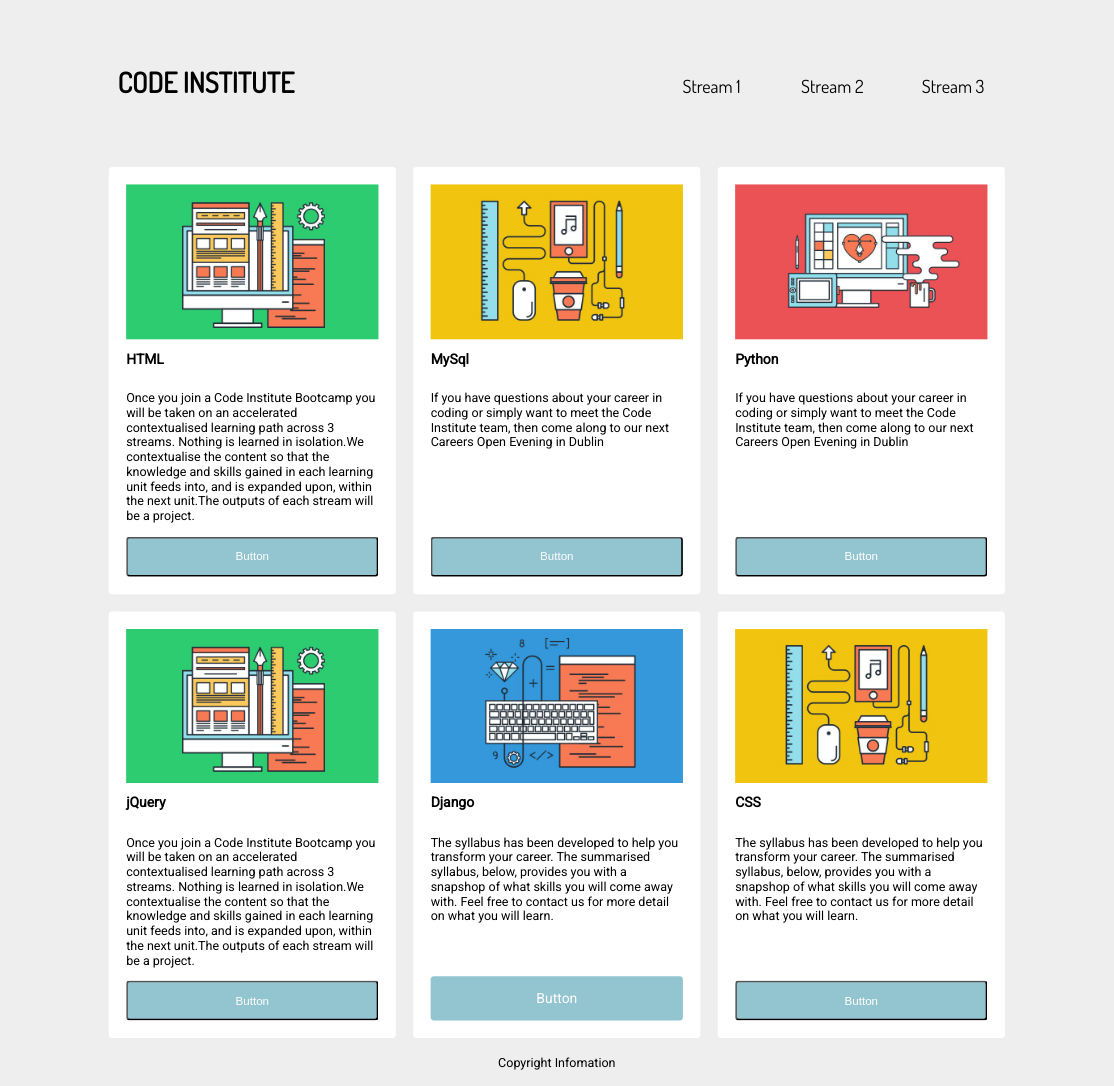
Repository: Deoh/jQuery-events
Page: Cards-jquery.html
The author's editor kept a record of every edit. The page is drawn from the files as they stood at one moment, then again after the next edit.
The browser window is 1280 px wide. The pictures show the whole page, at 87% of full size.
Some web libraries are served in a nearby version.

Above is the page before.

### Cards-jquery.html
<!DOCTYPE html>
<html lang="en">
<head>
	<meta charset="UTF-8">
	<meta name="viewport" content="width=device-width, initial-scale=1">
	<title>jQuery</title>
	<link href="style.css" rel="stylesheet">
	<link href='https://fonts.googleapis.com/css?family=Roboto' rel='stylesheet' type='text/css'>
	<link href='https://fonts.googleapis.com/css?family=Dosis' rel='stylesheet' type='text/css'>
</head>
<body>
	<div id="container">
		<nav>
			<ul>
				<li id="logoNav">CODE INSTITUTE</li>
				<li id="stream1_btn">Stream 1</li>
				<li id="stream2_btn">Stream 2</li>
				<li id="stream3_btn">Stream 3</li>
			</ul>
		</nav>
		<div class="card stream1">
			<img class="card_image" src="img/3.png" alt="coding icon">
			<div class="card_bottom">
				<h2 class="card_head" id="html">HTML</h2>
				<p class="card_para">Once you join a Code Institute Bootcamp you will be taken on an accelerated contextualised learning path across 3 streams. Nothing is learned in isolation.We contextualise the content so that the knowledge and skills gained in each learning unit feeds into, and is expanded upon, within the next unit.The outputs of each stream will be a project. </p>
				<button class="bottom_button" id="hide_button">Button</button>
			</div>
		</div>
		<div class="card stream3">
			<img class="card_image" src="img/1.png" alt="coding icon">
			<h2 class="card_head" id="mysql">MySql</h2>
			<p class="card_para">If you have questions about your career in coding or simply want to meet the Code Institute team, then come along to our next Careers Open Evening in Dublin</p>
			<button class="bottom_button" >Button</button>
		</div>

		<div class="card stream2">
			<img class="card_image" src="img/2.png" alt="coding icon">
			<h2 class="card_head" id="python">Python</h2>
			<p class="card_para">If you have questions about your career in coding or simply want to meet the Code Institute team, then come along to our next Careers Open Evening in Dublin</p>
			<button class="bottom_button" id="hide_button">Button</button>
		</div>
		<div class="card stream1">
			<img class="card_image" src="img/3.png" alt="coding icon">
			<div class="card_bottom">
				<h2 class="card_head" id="jquery">jQuery</h2>
				<p class="card_para">Once you join a Code Institute Bootcamp you will be taken on an accelerated contextualised learning path across 3 streams. Nothing is learned in isolation.We contextualise the content so that the knowledge and skills gained in each learning unit feeds into, and is expanded upon, within the next unit.The outputs of each stream will be a project. </p>
				<button class="bottom_button" id="hide_button">Button</button>
			</div>
		</div>
		<div class="card stream3">
			<img class="card_image" src="img/4.png" alt="coding icon">
			<h2 class="card_head" id="django">Django</h2>
			<p class="card_para">The syllabus has been developed to help you transform your career. The summarised syllabus, below, provides you with a snapshop of what skills you will come away with. Feel free to contact us for more detail on what you will learn.</p>
			<a href="" class="bottom_button" id="hide_button">Button</a>
		</div>
		<div class="card stream1">
			<img class="card_image" src="img/1.png" alt="coding icon">
			<h2 class="card_head" id="css">CSS</h2>
			<p class="card_para">The syllabus has been developed to help you transform your career. The summarised syllabus, below, provides you with a snapshop of what skills you will come away with. Feel free to contact us for more detail on what you will learn.</p>
			<button class="bottom_button" id="hide_button">Button</button>
		</div>
		<div id="my_footer">
			<p id="copyright">Copyright Infomation</p>
		</div>
	</div>
	<script src="https://code.jquery.com/jquery-3.2.1.js" integrity="sha256-DZAnKJ/6XZ9si04Hgrsxu/8s717jcIzLy3oi35EouyE=" crossorigin="anonymous"></script>
	<script src="script.js"></script> <!-- Scripts located at the bottom of the body to insure page is fully loaded before execution -->

</body>
</html>

### style.css
body{
	font-family: 'Roboto', sans-serif;
	/*background-image: url(img/code-institute.jpg);
 	background-size: cover;
 	color: #ffffff;*/
 	background-color: #eee;
}

h1{
	font-size: 3em;
	text-align: center;
}
h2{
	font-size: 1em;
	text-align: left;
}
p{
	font-size: .9rem;
}

div{
	border-radius: 4px;
}

.card_image{
	width: 100%;
}
.bottom_button{
	display: flex;
	box-sizing:border-box;
	border-radius: 4px;
	display: block;
	width: 100%;
	background-color:rgba(129, 187, 201,.85);
	text-align: center;
	padding: 1em .75em;
	text-decoration: none;
	color: #fff;

}

.card_bottom{
	display: flex;
	flex-flow:column;
}
.card_head{
	flex:0;
}
.card_para{
	flex:1 0 auto;
}

#container
{
	display: flex;		/* makes container a flexbox*/
	flex-flow: row wrap; 	/* layout the boxes in rows and wrap them*/
	box-sizing:border-box;
	margin-right:auto;
	margin-left:auto;
	max-width:1050px;
}
#logo{
	width: 800px;
	margin: auto;
}

.card{
	flex:1; /* */
	display: flex;	/* make the contents controllable by flexbox*/
	flex-flow:column;	/* */
	min-width: 240px; /**/
	margin: 10px;
	padding: 20px;
	background-color: #fff;
}
.highlight_stream{
	background-color: #EB5255;
}

.text_color {
	color: red;
}

.h2_bk_color {
	background-color: lightblue;
}

.makeRed {
	background-color: red;
}

#my_footer{
	width:100%;
	text-align: center;
}
#copyright{
	margin-top:10px;
	margin-bottom:10px;

}

/*************************
Navigation

**************************/

nav{
	font-family: roboto;
	background-color: #eee;
	margin: 30px auto;
	width: 100%;
}
ul{
	display: flex;
	justify-content:space-between;
	flex-flow: row;
	/*flex-flow: row-reverse;*/
	/*justify-content:flex-end;*/
	/*justify-content:space-around;*/
	/*align-items:flex-start;*/
	align-items:baseline;
	border-radius: 10px;
	list-style-type: none; /*Remove Bullets*/
	padding: 0;
}
li{
	flex:1;
	height: 30px;
	/*width:10%;*/
	/*border:2px solid #000;*/
	/*background-color: #81BBC9;*/
	/*border-radius: 10px;*/
	font-family: Dosis;
	padding:20px 20px 20px 20px;
	text-align: center;
	font-size: 1.3em;
}

#logoNav{
	flex:6;
	text-align: left;
	font-size: 2em;
	font-weight: bold;
}

.underline{
  text-decoration:underline;
}
.border{
  border: solid 5px #ccc;
}


@media screen and (max-width: 700px){
	ul{
		flex-flow: column;
		align-items:center;
	}
	li{
		font-size: 2em;
	}
}

### script.js
$(document).ready(function() {


 	$("#stream1_btn").on("click", function() {
 		$(".stream1").removeClass('highlight_stream');
		$(".stream2").removeClass('highlight_stream');
		$(".stream3").removeClass('highlight_stream');
	  	$(".stream1").addClass('highlight_stream');
	});
	$("#stream2_btn").on("click", function() {
		$(".stream1").removeClass('highlight_stream');
		$(".stream2").removeClass('highlight_stream');
		$(".stream3").removeClass('highlight_stream');
	  	$(".stream2").addClass('highlight_stream');
	});
	$("#stream3_btn").on("click", function() {
		$(".stream1").removeClass('highlight_stream');
		$(".stream2").removeClass('highlight_stream');
		$(".stream3").removeClass('highlight_stream');
	  	$(".stream3").addClass('highlight_stream');
	});
	$("p").click(function() {
		$("p").addClass("text_color");
	});
	$("h2").hover(function() {
		$("h2").addClass("h2_bk_color");
	});
	$("#html").hover(function() {
		$("#html").css("font-size", "2em");
	});
	$("#mysql").hover(function() {
		$("#mysql").css("font-size", "2em");
	});
	$("#python").hover(function() {
		$("#python").css("font-size", "2em");
	});
	$("#jquery").hover(function() {
		$("#jquery").css("font-size", "2em");
	});
	$("#django").hover(function() {
		$("#django").css("font-size", "2em");
	});
	$("#css").hover(function() {
		$("#css").css("font-size", "2em");
	});
	$(".bottom_button").hover(function() {
		$("body").css("background-color", "black");
	}, function() {
		$("body").css("background-color", "grey");
	});
	$("#hide_button").click(function() {
		$("#hide_para").slideToggle("slow");
	});
	$("button").mouseenter(function() {
		$("#hide_button").fadeTo("slow", "0.5");
	})
	$("button").mouseleave(function() {
		$("#hide_button").fadeTo("slow", "1");
	})



});

After the next edit:
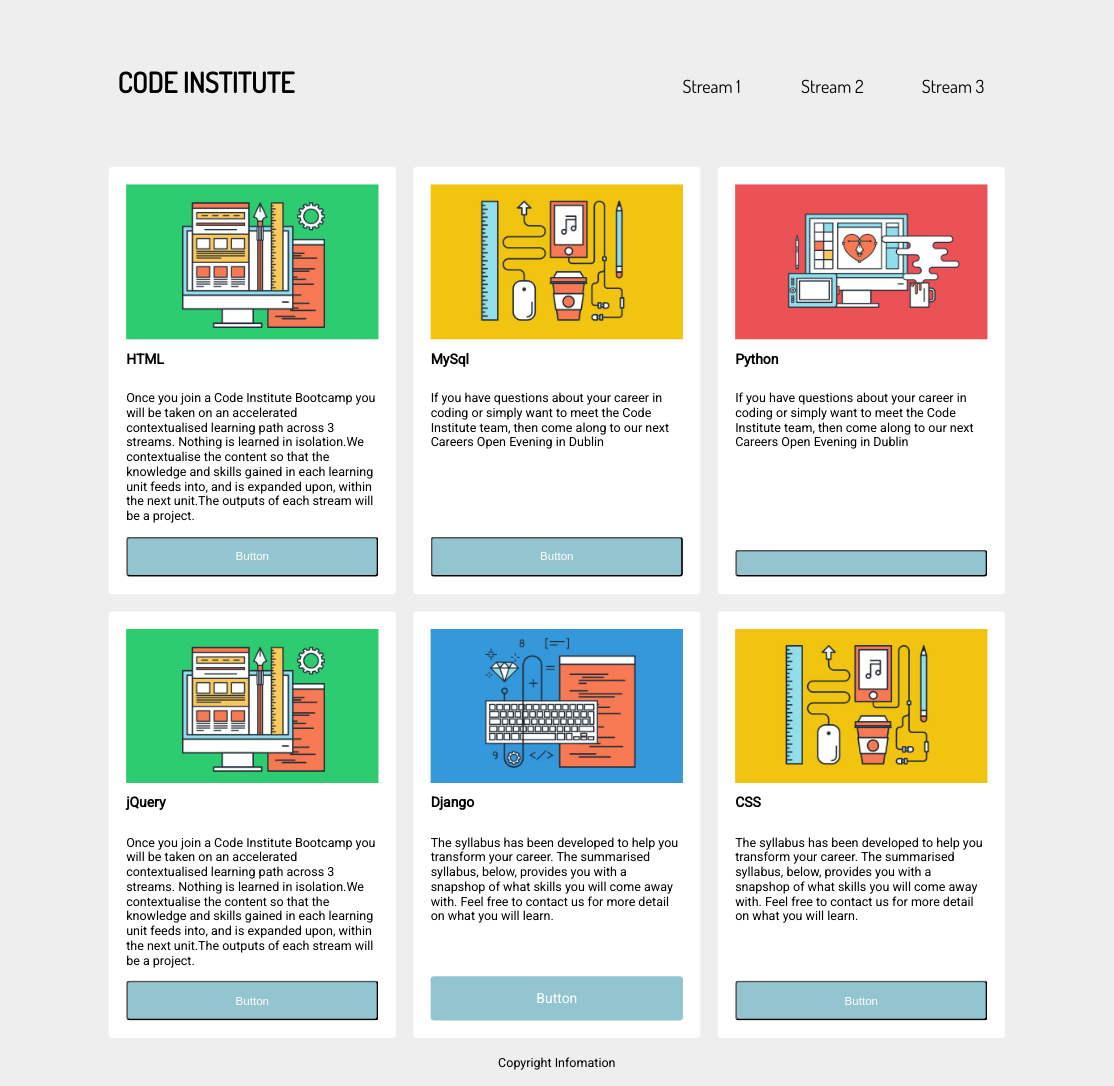
The edit:
--- a/Cards-jquery.html
+++ b/Cards-jquery.html
@@ -37,7 +37,7 @@
 			<img class="card_image" src="img/2.png" alt="coding icon">
 			<h2 class="card_head" id="python">Python</h2>
 			<p class="card_para">If you have questions about your career in coding or simply want to meet the Code Institute team, then come along to our next Careers Open Evening in Dublin</p>
-			<button class="bottom_button" id="hide_button">Button</button>
+			<button class="bottom_button" Button</button>
 		</div>
 		<div class="card stream1">
 			<img class="card_image" src="img/3.png" alt="coding icon">
